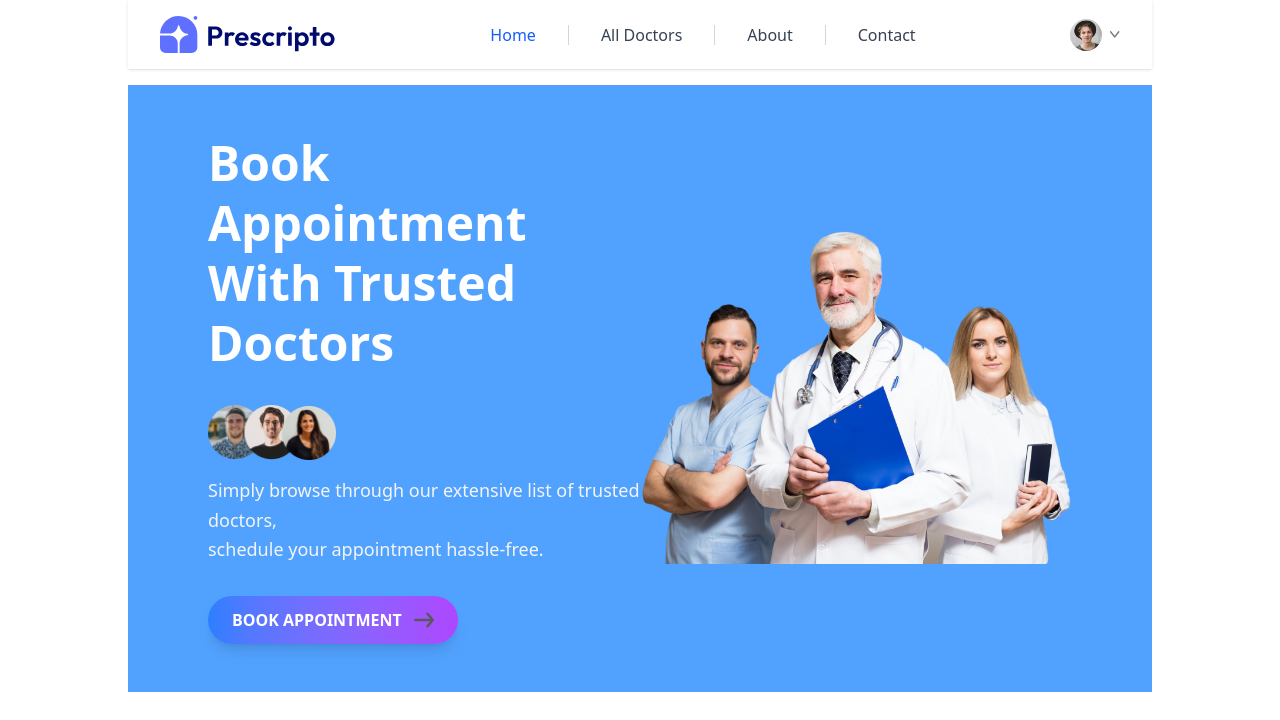
Repository: Pran2535/appointement_booking
Page: / (app in frontend/)
An editor plug-in stored every save of this project. The page is shown before and after the next save, followed by the edit.
The browser window is 1280 px wide. The pictures show the whole page.
The project was rebuilt for these pictures with package versions that can differ from the ones it lists, and the page was loaded fresh each time. Also part of the build but not shown: frontend/vite.config.js, frontend/src/pages/About.jsx, frontend/src/pages/MyAppointments.jsx, frontend/src/pages/Doctors.jsx, frontend/src/pages/Login.jsx, frontend/src/pages/Contact.jsx, frontend/src/pages/MyProfile.jsx, frontend/src/pages/Appointment.jsx.

Above is the page before, as saved 2025-02-16 21:02:52.

After the next save:
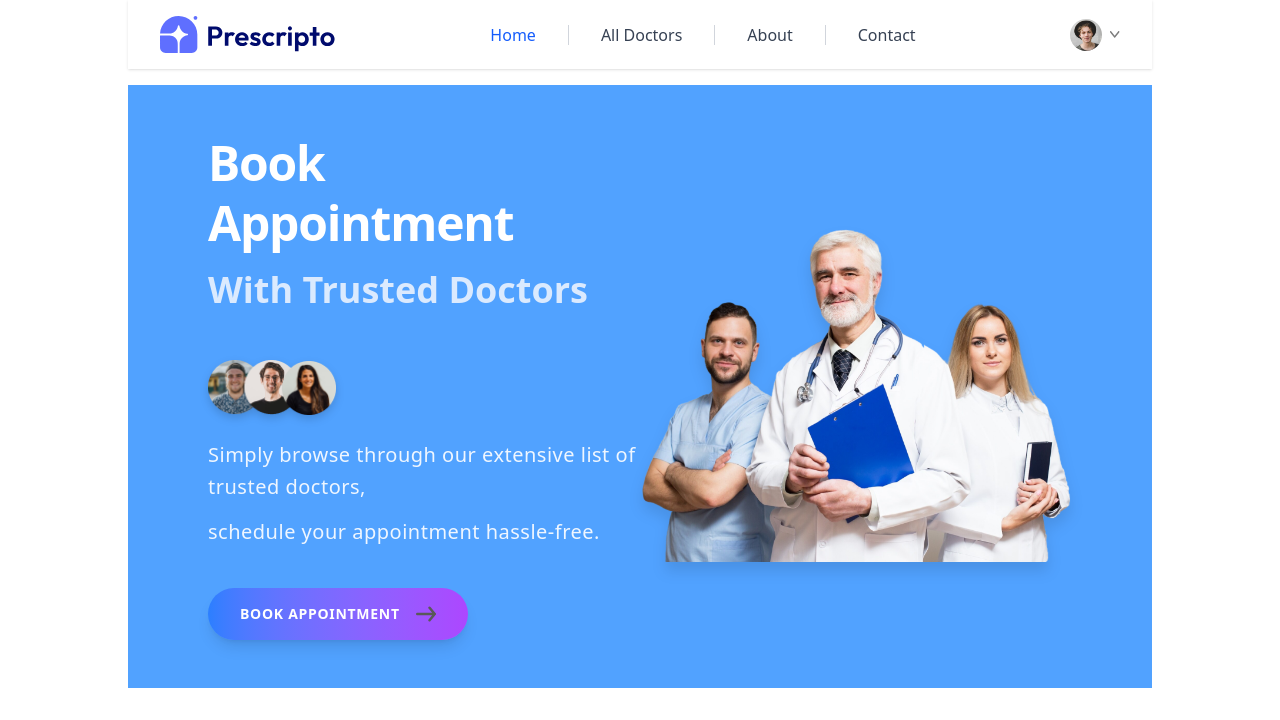
Saved 2 min 7 s later.
--- a/frontend/src/components/Header.jsx
+++ b/frontend/src/components/Header.jsx
@@ -5,46 +5,54 @@ const Header = () => {
   return (
     <div className="mt-4 flex flex-col md:flex-row justify-between items-center bg-blue-400 px-6 md:px-10 lg:px-20 py-12 text-white">
       {/* Left side */}
-      <div className="w-full md:w-1/2 space-y-8 mb-8 md:mb-0">
-        <h1 className="text-4xl lg:text-5xl font-bold leading-tight">
-          Book Appointment <br /> With Trusted Doctors
-        </h1>
+      <div className="w-full md:w-1/2 space-y-10 mb-8 md:mb-0">
+        <div className="space-y-2">
+          <h1 className="text-4xl lg:text-5xl font-bold leading-tight tracking-tight">
+            Book Appointment
+          </h1>
+          <h2 className="text-3xl lg:text-4xl font-semibold text-blue-100 leading-relaxed">
+            With Trusted Doctors
+          </h2>
+        </div>
 
-        <div className="space-y-4">
+        <div className="space-y-6">
           <div className="flex items-center space-x-4">
             <img
               src={assets.group_profiles}
               alt="Doctor Profiles"
-              className="w-32 h-auto object-contain"
+              className="w-32 h-auto object-contain drop-shadow-lg"
             />
           </div>
 
-          <p className="text-lg text-gray-100 leading-relaxed">
-            Simply browse through our extensive list of trusted doctors,
-            <br className="hidden md:block" />
-            schedule your appointment hassle-free.
-          </p>
+          <div className="space-y-3">
+            <p className="text-lg md:text-xl text-blue-50 leading-relaxed font-light tracking-wide">
+              Simply browse through our extensive list of trusted doctors,
+            </p>
+            <p className="text-lg md:text-xl text-blue-50 leading-relaxed font-light tracking-wide">
+              schedule your appointment hassle-free.
+            </p>
+          </div>
         </div>
 
         <a
           href="#"
-          className="inline-flex items-center space-x-3 bg-gradient-to-r from-blue-500 to-purple-500 hover:from-blue-600 hover:to-purple-600 text-white font-bold uppercase px-6 py-3 rounded-full shadow-lg transition-colors duration-300"
+          className="inline-flex items-center space-x-4 bg-gradient-to-r from-blue-500 to-purple-500 hover:from-blue-600 hover:to-purple-600 text-white font-bold uppercase px-8 py-4 rounded-full shadow-lg transition-all duration-300 hover:scale-105 tracking-wider text-sm"
         >
           <span>Book Appointment</span>
           <img
             src={assets.arrow_icon}
             alt="Arrow"
-            className="w-5 h-5"
+            className="w-5 h-5 transform group-hover:translate-x-1 transition-transform"
           />
         </a>
       </div>
 
       {/* Right side */}
-      <div className="w-full md:w-1/2 flex justify-center md:justify-end">
+      <div className="w-full md:w-1/2 flex justify-center md:justify-end mt-8 md:mt-0">
         <img
           src={assets.header_img}
           alt="Header illustration"
-          className="w-full max-w-lg h-auto object-contain"
+          className="w-full max-w-lg h-auto object-contain drop-shadow-xl"
         />
       </div>
     </div>
